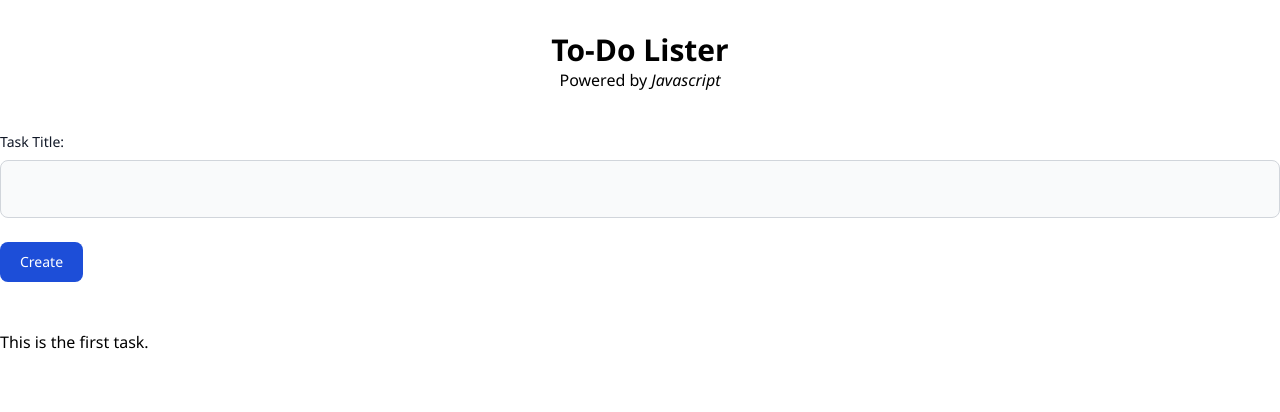
Repository: vxyux/to-do-lister
Page: index.html
An editor plug-in stored every save of this project. The page is shown before and after the next save, followed by the edit.
The browser window is 1280 px wide. The pictures show the whole page.
Some web libraries are served in a nearby version.

Above is the page before, as saved 2023-09-04 15:33:17.

### index.html
<!DOCTYPE html>
<html lang="en">
<head>
  <meta charset="UTF-8">
  <meta name="viewport" content="width=device-width, initial-scale=1.0">
  <title>Javascript To-Do Lister</title>
  <link rel="stylesheet" href="stylesheet.css">
  <script src="app.js"></script>
  <script src="https://cdn.tailwindcss.com"></script>
</head>
<body>

  <div class="container mx-auto">
    <div class="text-center mt-8">
      <h1 class="text-3xl font-bold">
        To-Do Lister
      </h1>
      <p>Powered by <i>Javascript</i></p>
    </div>

    <div class="inputFields mt-10">

      <div class="mb-6">
        <label for="userInput" class="block mb-2 text-sm font-medium text-gray-900 dark:text-white">
          Task Title:
        </label>
        <input type="text" id="userInput" class="block w-full p-4 text-gray-900 border border-gray-300 rounded-lg bg-gray-50 sm:text-md focus:ring-blue-500 focus:border-blue-500 dark:bg-gray-700 dark:border-gray-600 dark:placeholder-gray-400 dark:text-white dark:focus:ring-blue-500 dark:focus:border-blue-500">
      </div>
      <span onclick="newTask()">
        <button type="submit" class="text-white bg-blue-700 hover:bg-blue-800 focus:ring-4 focus:ring-blue-300 font-medium rounded-lg text-sm px-5 py-2.5 mr-2 mb-2 dark:bg-blue-600 dark:hover:bg-blue-700 focus:outline-none dark:focus:ring-blue-800">
          Create
        </button>
      </span>

    </div>

    <ul class="mt-10" id="to-dos">
      <li class="task_item">
        This is the first task.
      </li>
    </ul>

  </div>
</body>
</html>

### stylesheet.css
*
{
  font-family: 'Segoe UI', Tahoma, Geneva, Verdana, sans-serif;
}

.container {
  max-width: 500px;
}

### app.js
function newTask() {
  // get the data provided by the user from the input field
  var userInput = document.getElementById('userInput');

  // if provided input is empty
  if (userInput === '') {
    alert('You must type something in before submitting!');
  } else {
    // define tag that creates a new element under the tag 'li'
    var tag = document.createElement('li');

    // assign the userInput var with content
    var content = document.createTextNode(userInput.value);
    tag.appendChild(content); // make tag the content's parent

    // define the element tag with the to-dos list ul
    var element = document.getElementById('to-dos');

    // make element the tag's parent
    element.appendChild(tag);

    //document.getElementById('form').reset();
  }

  //console.log('The button has been clicked!');
  //alert(userInput);
}

After the next save:
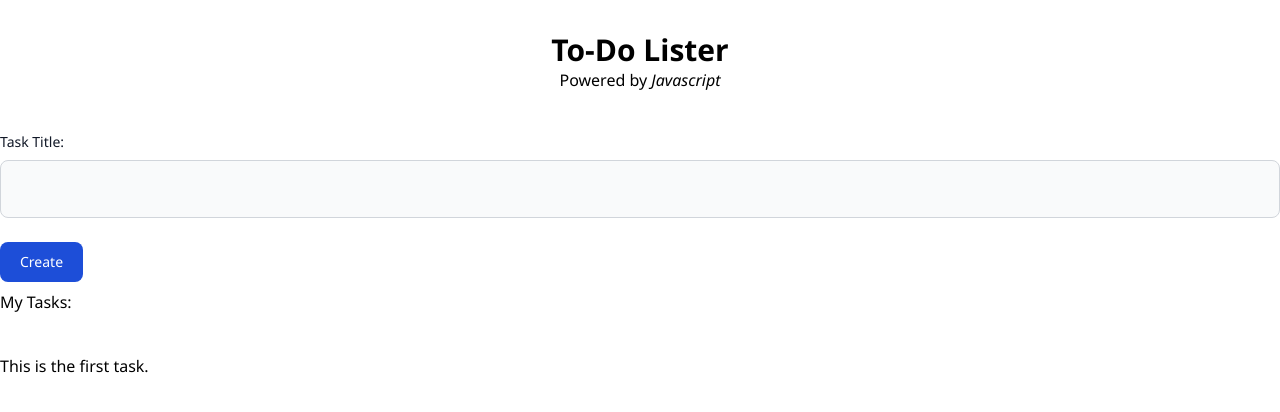
Saved 11 s later.
--- a/index.html
+++ b/index.html
@@ -34,6 +34,7 @@
 
     </div>
 
+    <h3>My Tasks:</h3>
     <ul class="mt-10" id="to-dos">
       <li class="task_item">
         This is the first task.
